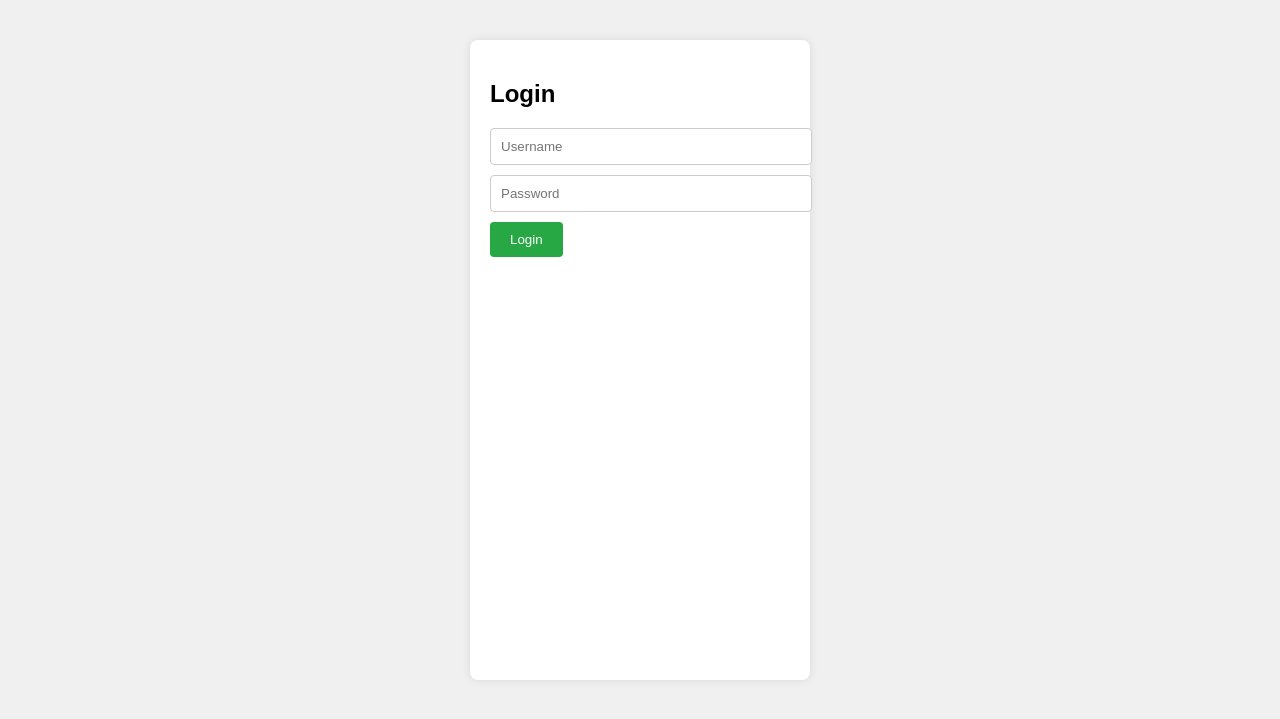
Repository: Anadi-Chauhan/Mentorship-binarybuddy
Page: login.html
An editor plug-in stored every save of this project. The page is shown before and after the next save, followed by the edit.
The browser window is 1280 px wide. The pictures show the whole page.

Above is the page before, as saved 2024-10-19 10:12:09.

After the next save:
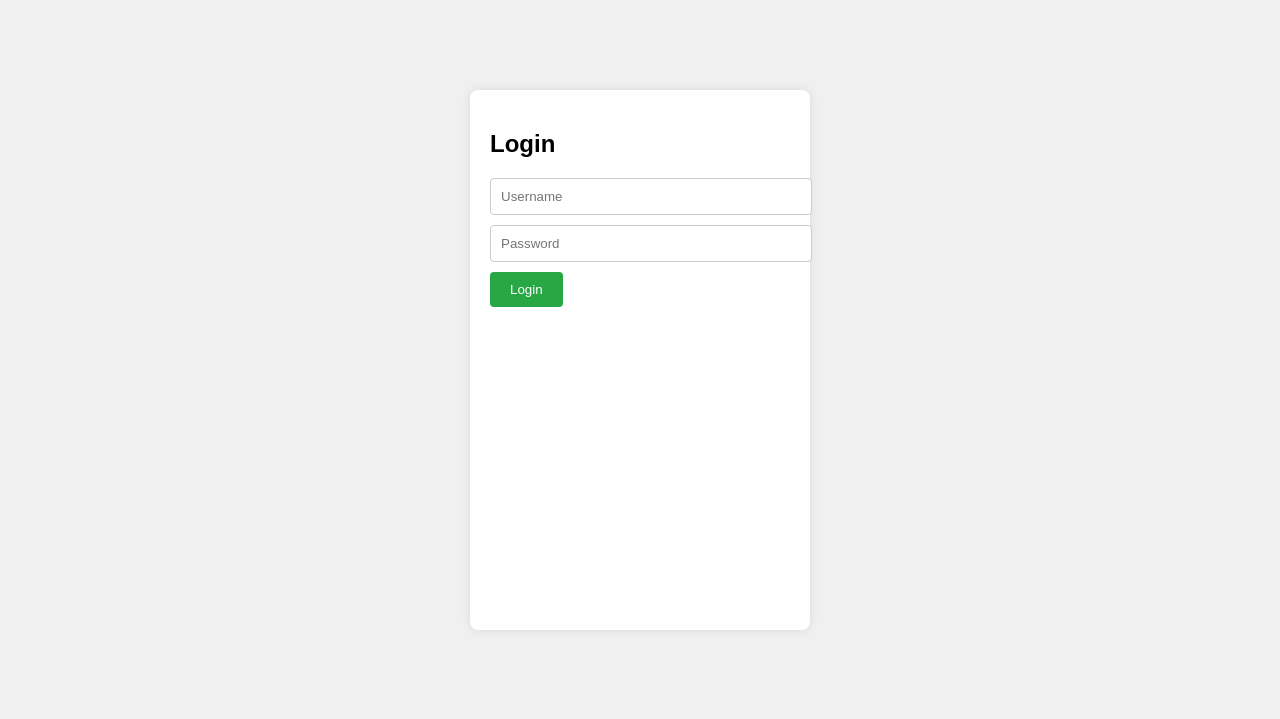
Saved 4 s later.
--- a/login.css
+++ b/login.css
@@ -11,7 +11,7 @@ body {
 .container {
     background-color: white;
     width: 300px;
-    height: 600px;
+    height: 500px;
     padding: 20px;
     border-radius: 8px;
     box-shadow: 0 0 10px rgba(0, 0, 0, 0.1);
